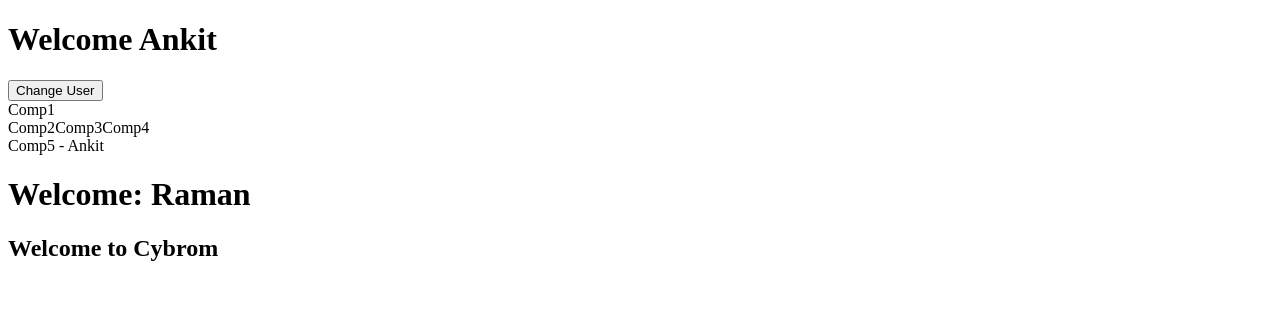
Repository: ankitgujre01/myAppContext2
Page: /
The author's editor kept a copy of each file at every save. The page is drawn from the files as they stood at one save, then again after the next save.
The browser window is 1280 px wide. The pictures show the whole page.
The project was rebuilt for these pictures with package versions that can differ from the ones it lists, and the page was loaded fresh each time. Also part of the build but not shown: vite.config.js.

Above is the page before, as saved 2025-04-16 18:04:26.

After the next save:
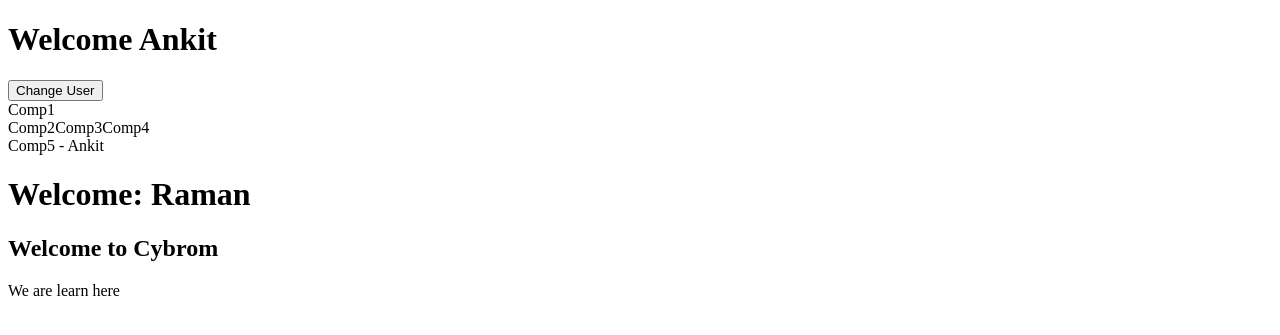
Saved 7 s later.
--- a/src/App.jsx
+++ b/src/App.jsx
@@ -28,7 +28,7 @@ const App = () => {
 
       <myContext.Provider value={{ user, setUser }}>
         <Cybrom2>
-
+          We are learn here
         </Cybrom2>
       </myContext.Provider>
     </>
